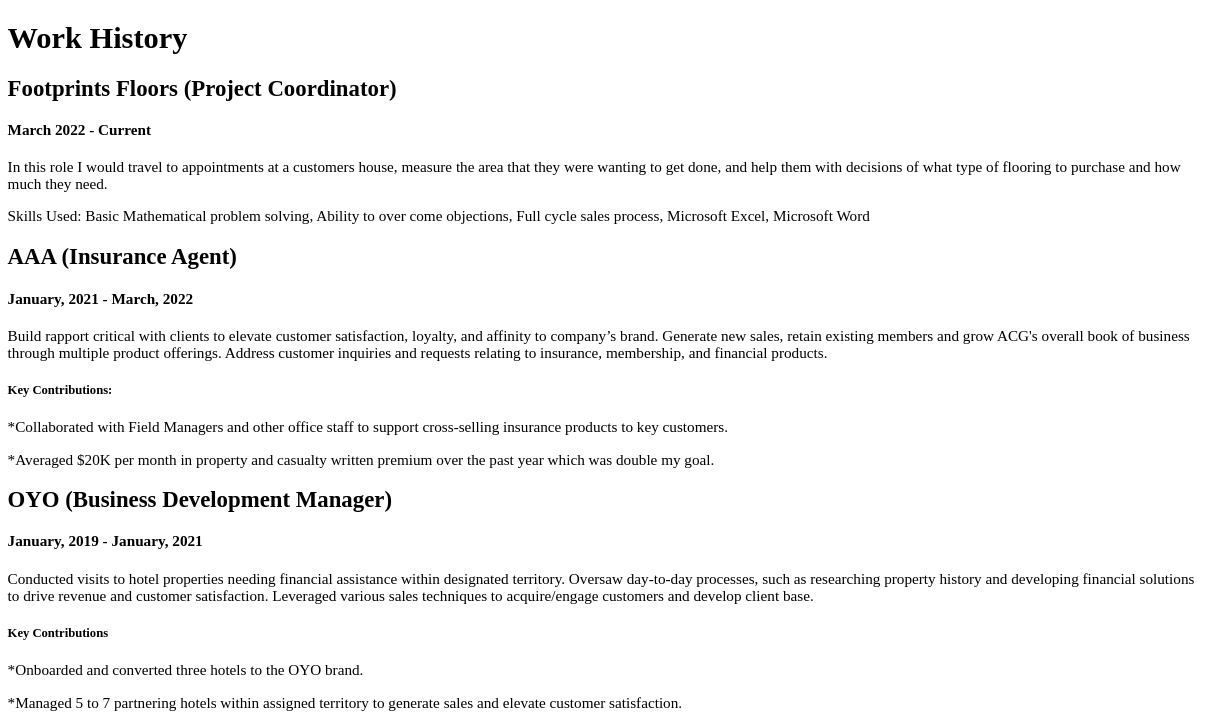
Repository: TEazy2433/LAB-HTML-Resume
Page: index.html
The author's editor kept a copy of each file at every save. The page is drawn from the files as they stood at one save, then again after the next save.
The browser window is 1280 px wide. The pictures show the whole page, at 95% of full size.

Above is the page before, as saved 2023-10-11 18:56:45.

### index.html
<!DOCTYPE html>
<html lang="en">
<head>
  <meta charset="UTF-8">
  <meta name="viewport" content="width=device-width, initial-scale=1.0">
  <title>Resume</title>
<link rel="stylesheet" href="main.css">
</head>
<body>
  <H1>Work History</H1>
  <article id="articleOne">
    <h2>Footprints Floors (Project Coordinator)</h2>
    <h4>March 2022 - Current</h4>
    <section></section>
      <p>In this role I would travel to appointments at a customers house, measure the area that they were wanting to get done, and help them with decisions of what type of flooring to purchase and how much they need.</p>
        <p>Skills Used: Basic Mathematical problem solving, Ability to over come objections, Full cycle sales process, Microsoft Excel, Microsoft Word</p>

        <article id="articleTwo"></article>
        <h2>AAA (Insurance Agent)</h2>
        <h4>January, 2021 - March, 2022</h4>
        <p>Build rapport critical with clients to elevate customer satisfaction, loyalty, and affinity to company’s brand. Generate new sales, retain existing members and grow ACG's overall book of business through multiple product offerings. Address customer inquiries and requests relating to insurance, membership, and financial products.
        </p>
        <h5>Key Contributions:</h5>
        <p>*Collaborated with Field Managers and other office staff to support cross-selling insurance products to key customers.</p>
        <p>*Averaged $20K per month in property and casualty written premium over the past year which was double my goal.</p>

        <article id="articleThree"></article>
        <h2>OYO (Business Development Manager)</h2>
        <h4>January, 2019 - January, 2021</h4>
        <p>Conducted visits to hotel properties needing financial assistance within designated territory. Oversaw day-to-day processes, such as researching property history and developing financial solutions to drive revenue and customer satisfaction. Leveraged various sales techniques to acquire/engage customers and develop client base.</p>

        <h5>Key Contributions</h5>
        <p>*Onboarded and converted three hotels to the OYO brand.</p>
        <p>*Managed 5 to 7 partnering hotels within assigned territory to generate sales and elevate customer satisfaction.</p>

  </article>
  <script src="main.js"></script>
</body>
</html>

### main.js
console.log("Resume");

Loaded but not shown: main.css (common file)

After the next save:
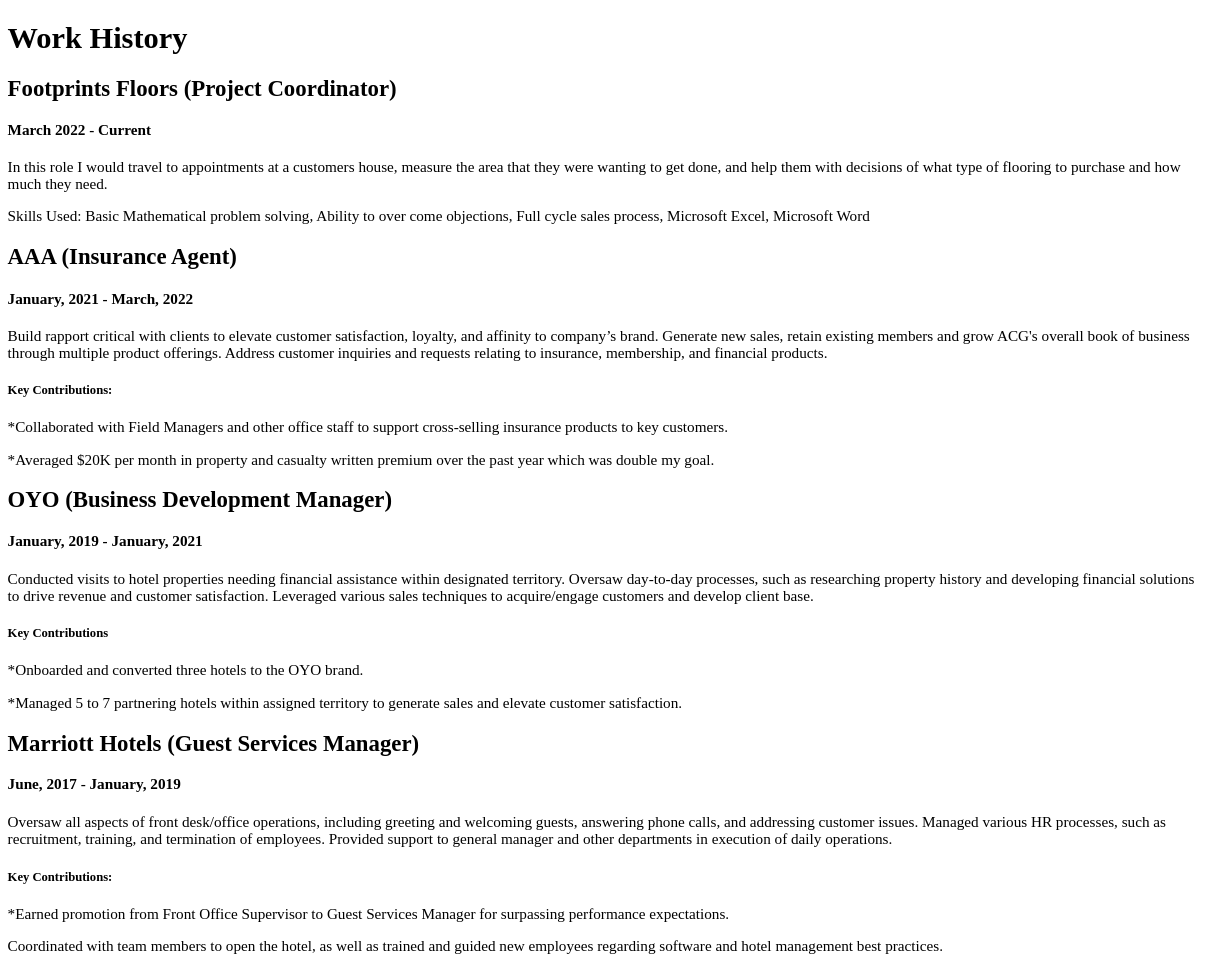
Saved 22 min 29 s later.
--- a/index.html
+++ b/index.html
@@ -33,6 +33,17 @@
         <p>*Onboarded and converted three hotels to the OYO brand.</p>
         <p>*Managed 5 to 7 partnering hotels within assigned territory to generate sales and elevate customer satisfaction.</p>
 
+        <article id="articleFour"></article>
+        <h2>Marriott Hotels (Guest Services Manager)</h2>
+        <h4>June, 2017 - January, 2019</h4>
+        <p>Oversaw all aspects of front desk/office operations, including greeting and welcoming guests, answering phone calls, and addressing customer issues. Managed various HR processes, such as recruitment, training, and termination of employees. Provided support to general manager and other departments in execution of daily operations.</p>
+
+        <h5>Key Contributions:</h5>
+        <p>*Earned promotion from Front Office Supervisor to Guest Services Manager for surpassing performance expectations.
+        </p>
+        <p>Coordinated with team members to open the hotel, as well as trained and guided new employees regarding software and hotel management best practices.</p>
+
+
   </article>
   <script src="main.js"></script>
 </body>
